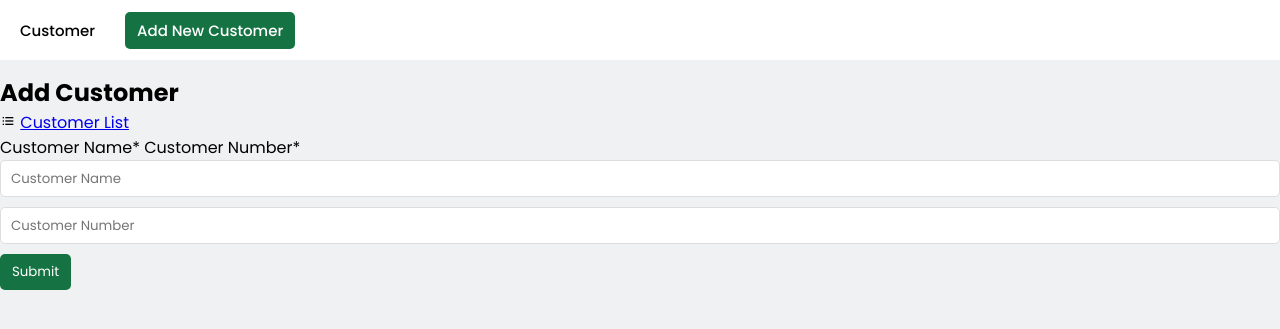
Repository: codebyaddro/customer-page
Page: pages/html/ancus.html
The author's editor kept a copy of each file at every save. The page is drawn from the files as they stood at one save, then again after the next save.
The browser window is 1280 px wide. The pictures show the whole page.

Above is the page before, as saved 2025-02-20 15:09:54.

After the next save:
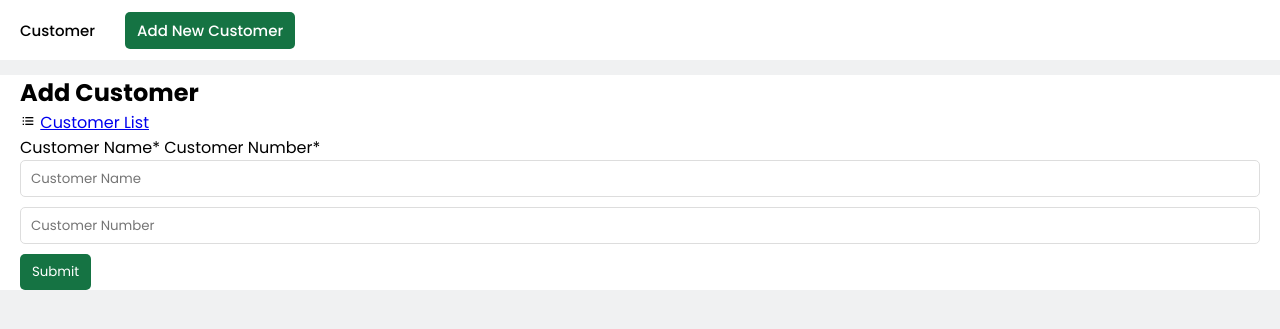
Saved 71 s later.
--- a/pages/css/ancus.css
+++ b/pages/css/ancus.css
@@ -83,7 +83,7 @@
 
 /* -- list container style -- */
 
-.add-container {
+.cba-ancus-add-container {
     background-color: var(--white);
     padding: 0px 20px;
 }
